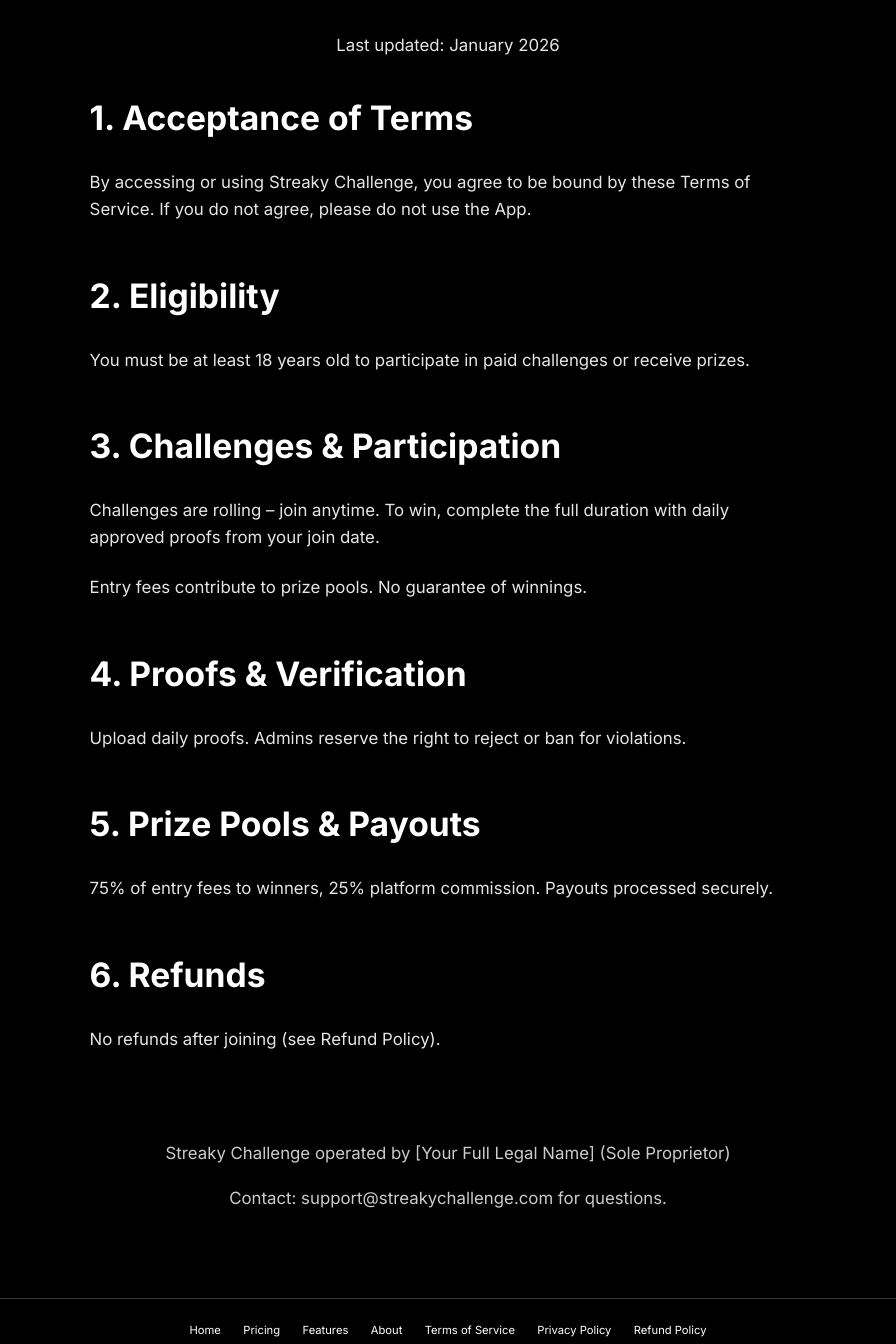
Repository: ZUBEYT/streaky-site
Page: /terms
The author's editor kept a copy of each file at every save. The page is drawn from the files as they stood at one save, then again after the next save.
The browser window is 1280 px wide. The pictures show the part of the page from y = 395 to 2315 px (the page is 2411 px tall before and 3352 px after), at 70% of full size.
The project was rebuilt for these pictures with package versions that can differ from the ones it lists, and the page was loaded fresh each time. The framework's server and built-in components were replaced by stand-ins that run in the browser. Also part of the build but not shown: next.config.ts.

Above is the page before, as saved 2026-01-22 18:33:12.

After the next save:
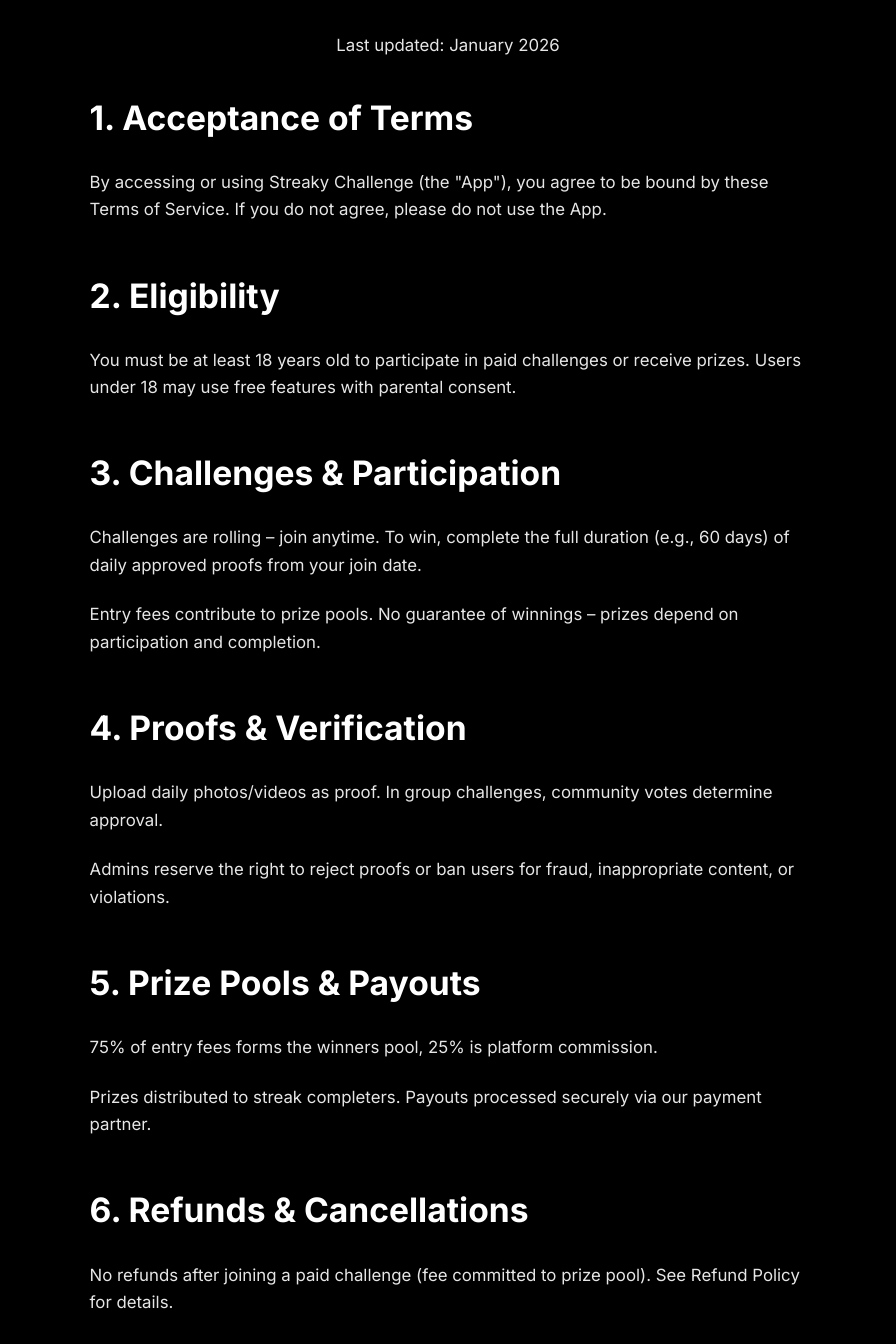
Saved 2 min 24 s later.
--- a/src/app/terms/page.tsx
+++ b/src/app/terms/page.tsx
@@ -1,3 +1,4 @@
+// src/app/terms/page.tsx (Terms of Service – Duolingo Benzeri Detaylı, Dark Mode)
 export default function Terms() {
     return (
         <div className="min-h-screen bg-black text-white py-32 px-8">
@@ -9,55 +10,72 @@
                     <section>
                         <h2 className="text-5xl font-bold mb-12">1. Acceptance of Terms</h2>
                         <p className="text-2xl leading-relaxed opacity-90">
-                            By accessing or using Streaky Challenge, you agree to be bound by these Terms of Service. If you do not agree, please do not use the App.
+                            By accessing or using Streaky Challenge (the "App"), you agree to be bound by these Terms of Service. If you do not agree, please do not use the App.
                         </p>
                     </section>
 
                     <section>
                         <h2 className="text-5xl font-bold mb-12">2. Eligibility</h2>
                         <p className="text-2xl leading-relaxed opacity-90">
-                            You must be at least 18 years old to participate in paid challenges or receive prizes.
+                            You must be at least 18 years old to participate in paid challenges or receive prizes. Users under 18 may use free features with parental consent.
                         </p>
                     </section>
 
                     <section>
                         <h2 className="text-5xl font-bold mb-12">3. Challenges & Participation</h2>
                         <p className="text-2xl leading-relaxed opacity-90 mb-8">
-                            Challenges are rolling – join anytime. To win, complete the full duration with daily approved proofs from your join date.
+                            Challenges are rolling – join anytime. To win, complete the full duration (e.g., 60 days) of daily approved proofs from your join date.
                         </p>
                         <p className="text-2xl leading-relaxed opacity-90">
-                            Entry fees contribute to prize pools. No guarantee of winnings.
+                            Entry fees contribute to prize pools. No guarantee of winnings – prizes depend on participation and completion.
                         </p>
                     </section>
 
                     <section>
                         <h2 className="text-5xl font-bold mb-12">4. Proofs & Verification</h2>
+                        <p className="text-2xl leading-relaxed opacity-90 mb-8">
+                            Upload daily photos/videos as proof. In group challenges, community votes determine approval.
+                        </p>
                         <p className="text-2xl leading-relaxed opacity-90">
-                            Upload daily proofs. Admins reserve the right to reject or ban for violations.
+                            Admins reserve the right to reject proofs or ban users for fraud, inappropriate content, or violations.
                         </p>
                     </section>
 
                     <section>
                         <h2 className="text-5xl font-bold mb-12">5. Prize Pools & Payouts</h2>
+                        <p className="text-2xl leading-relaxed opacity-90 mb-8">
+                            75% of entry fees forms the winners pool, 25% is platform commission.
+                        </p>
                         <p className="text-2xl leading-relaxed opacity-90">
-                            75% of entry fees to winners, 25% platform commission. Payouts processed securely.
+                            Prizes distributed to streak completers. Payouts processed securely via our payment partner.
                         </p>
                     </section>
 
                     <section>
-                        <h2 className="text-5xl font-bold mb-12">6. Refunds</h2>
+                        <h2 className="text-5xl font-bold mb-12">6. Refunds & Cancellations</h2>
                         <p className="text-2xl leading-relaxed opacity-90">
-                            No refunds after joining (see Refund Policy).
+                            No refunds after joining a paid challenge (fee committed to prize pool). See Refund Policy for details.
+                        </p>
+                    </section>
+
+                    <section>
+                        <h2 className="text-5xl font-bold mb-12">7. User Conduct</h2>
+                        <p className="text-2xl leading-relaxed opacity-90">
+                            No cheating, harassment, or inappropriate proofs. Violations may result in ban and prize forfeiture.
+                        </p>
+                    </section>
+
+                    <section>
+                        <h2 className="text-5xl font-bold mb-12">8. Changes to Terms</h2>
+                        <p className="text-2xl leading-relaxed opacity-90">
+                            We may update these terms. Continued use constitutes acceptance.
                         </p>
                     </section>
                 </div>
-
                 <p className="text-center text-2xl mt-32 opacity-80">
                     Streaky Challenge operated by [Your Full Legal Name] (Sole Proprietor)
                 </p>
-                <p className="text-center text-2xl mt-8 opacity-80">
-                    Contact: support@streakychallenge.com for questions.
-                </p>
+                <p className="text-center text-2xl mt-32 opacity-80">Contact: support@streakychallenge.com for questions.</p>
             </div>
         </div>
     );
